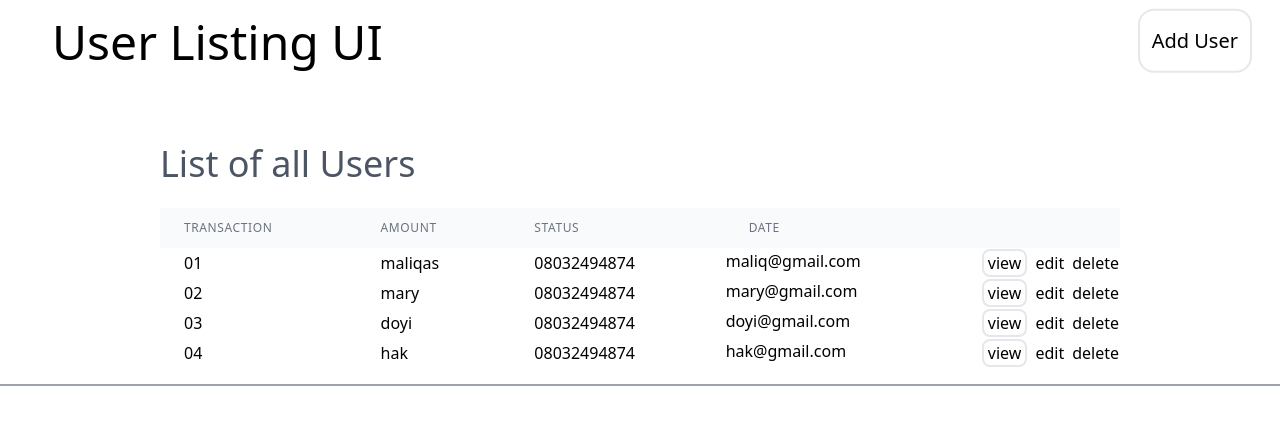
Repository: Marlstergo/listings
Page: / (app in client/)
An editor plug-in stored every save of this project. The page is shown before and after the next save, followed by the edit.
The browser window is 1280 px wide. The pictures show the whole page.
The project was rebuilt for these pictures with package versions that can differ from the ones it lists, and the page was loaded fresh each time. Also part of the build but not shown: client/craco.config.js, client/src/components/Loader.js, client/src/components/List.js, client/src/components/EditUser.js.

Above is the page before, as saved 2021-07-21 16:37:32.

### client/src/index.js
/* eslint-disable no-unused-vars */
import React from "react";
import ReactDOM from "react-dom";
import "./index.css";
import App from "./App";
import reportWebVitals from "./reportWebVitals";
import { BrowserRouter as Router } from 'react-router-dom';
import { Provider } from "react-redux";
import { store } from "./redux/store";
import { PersistGate } from "redux-persist/integration/react";
import { persistor } from "./redux/store";

ReactDOM.render(
  <React.StrictMode>
    <Provider store={store}>
      <Router>
        <PersistGate persistor={persistor}>
          <App />
        </PersistGate>
      </Router>
    </Provider>
  </React.StrictMode>,
  document.getElementById("root")
);

// If you want to start measuring performance in your app, pass a function
// to log results (for example: reportWebVitals(console.log))
// or send to an analytics endpoint. Learn more: https://bit.ly/CRA-vitals
reportWebVitals();

### client/src/App.js
import React, { useState } from "react";
import { BrowserRouter, Route, Switch, useLocation } from "react-router-dom";
import Header from "./components/Header";
import Home from "./components/Home";
import List from "./components/List";
// import Toppings from "./components/Toppings";
import Order from "./components/EditUser";
// import Modal from "./components/Modal";
import { AnimatePresence } from "framer-motion";

function App() {
  const location = useLocation();
  const showModal = true;

  return (
    <>
      <Header />
      {/* <Modal showModal={showModal} /> */}
      <AnimatePresence exitBeforeEnter>
        <BrowserRouter>
          <Switch>
            <Route exact name="home" path="/">
              <Home />
            </Route>
            {/* <Route exact path="/createUpdateUser">
            <Toppings />
          </Route> */}
            <Route path="/edit" exact name="order">
              <Order />
            </Route>
            <Route path="/view" exact name="view">
              <List/>
            </Route>
          </Switch>
        </BrowserRouter>
      </AnimatePresence>
    </>
  );
}

export default App;

### client/src/redux/store.js
import { createStore, applyMiddleware } from "redux";
import { logger } from 'redux-logger';
import {persistStore} from 'redux-persist';
// import thunk from 'redux-thunk'
import createSagaMiddleware from 'redux-saga'

import rootSaga from './root-sagas'

import rootReducer from './root-reducer';

const sagaMiddleware = createSagaMiddleware()

const middleware = [sagaMiddleware];

if( process.env.NODE_ENV === 'development'){
    middleware.push(logger)
}

export const store = createStore(rootReducer, applyMiddleware(...middleware))

sagaMiddleware.run(rootSaga)

export const persistor = persistStore(store)

export default (store, persistor);

### client/src/components/Header.js
import React from "react";
import { motion } from "framer-motion";

const svgVariants = {
  hidden: { rotate: -180 },
  visible: {
    rotate: 0,
    transition: { duration: 1 },
  },
};

const pathVariants = {
  hidden: {
    opacity: 0,
    pathLength: 0,
  },
  visible: {
    opacity: 1,
    pathLength: 1,
    transition: {
      duration: 2,
      ease: "easeInOut",
    },
  },
};

const buttonVariants = {
  show: {
    y: [0, -20],
    x: 0,
    textShadow: "0px 0px 8px rgb(255,255,255)",
    boxShadow: "0px 0px 8px rgb(255,255,255)",
    transition: {
      duration: 0.3,
      yoyo: Infinity,
      ease: 'easeOut'
    },
  },
};

const Header = () => {
  return (
    <header className="flex p-7 w-screen justify-between  items-center">
      {/* <motion.div
        className="logo"
        drag
        dragConstraints={{ left: 0, top: 0, right: 0, bottom: 0 }}
        dragElastic={0.7}
      >

      </motion.div> */}
      <motion.div
        className=" flex justify-between w-full ml-6 text-xs"
        initial={{ y: -250 }}
        animate={{ y: -10 }}
        transition={{ delay: 0.2, type: "spring", stiffness: 120 }}
      >
        <h1 className=" pb-4 text-5xl">User Listing UI</h1>
        <motion.button variants={buttonVariants} whileHover="hover"
        animate="show"
        className="text-xl border-2 px-3 rounded-2xl active:bg-gray-200"
        >
          Add User
        </motion.button>
      </motion.div>
    </header>
  );
};

export default Header;

### client/src/components/Home.js
import React from "react";
import { Link } from "react-router-dom";
import { motion } from "framer-motion";
import Loader from "./Loader";
import UserRow from "./UserRow";



const containerVariants = {
  hidden: {
    opacity: 0,
  },
  visible: {
    opacity: 1,
    transition: { delay: 1.5, duration: 1.5 },
  },
  exit: {
    x: "-100vh",
    transition: { ease: "easeInOut" },
  },
};
const buttonVariants = {
  hover: {
    scale: 1.1,
    textShadow: "0px 0px 8px rgb(255,255,255)",
    boxShadow: "0px 0px 8px rgb(255,255,255)",
    transition: {
      duration: 0.3,
      yoyo: Infinity
    }
  }
}
const users = [
  {
    id: '01',
    name: "maliqas",
    email: "maliq@gmail.com",
    phone: '08032494874'
  },
  {
    id: '02',
    name: "mary",
    email: "mary@gmail.com",
    phone: '08032494874'
  },
  {
    id: '03',
    name: "doyi",
    email: "doyi@gmail.com",
    phone: '08032494874'
  },
  {
    id: '04',
    name: "hak",
    email: "hak@gmail.com",
    phone: '08032494874'
  },
];
const Home = () => {
  return (
    <motion.div
      className="  pb-4 mb-4 border-b-2 border-gray-400 flex flex-col items-center"
      variants={containerVariants}
      initial="hidden"
      animate="visible"
      exit="exit"
    >
      <div className="w-3/4 ">
        <h1 className="text-gray-600 py-6 text-4xl">List of all Users</h1>

        <table className="min-w-full divide-y divide-gray-200">
          <thead>
            <tr>
              <th className="px-6 py-3 bg-gray-50 text-left text-xs font-medium text-gray-500 uppercase tracking-wider">
                Transaction
              </th>
              <th className="px-6 py-3 bg-gray-50 text-left text-xs font-medium text-gray-500 uppercase tracking-wider">
                Amount
              </th>
              <th className=" px-6 py-3 bg-gray-50 text-left text-xs font-medium text-gray-500 uppercase tracking-wider">
                Status
              </th>
              <th className="px-6 py-3 bg-gray-50 text-left text-xs font-medium text-gray-500 uppercase tracking-wider">
                Date
              </th>
            </tr>
            {
              users.map((user) =>(
                <UserRow name={user.name} id={user.id} email={user.email} phone={user.phone} />
              ))
            }
          </thead>
        </table>
      </div>
    </motion.div>
  );
};

export default Home;

### client/src/redux/root-sagas.js
import {all, call} from 'redux-saga/effects'
import {userSagas} from './user/user.sagas'


export default function* rootSaga(){
    yield all([
        call(userSagas),
    ])
}

### client/src/redux/root-reducer.js
import {combineReducers} from 'redux'
import userReducer from './user/user.reducer'
// import cartReducer from './cart/cart.reducer'
import {persistReducer} from 'redux-persist'
import storage from 'redux-persist/lib/storage'
// import directoryReducer from './directory/directory.reducer'
// import shopReducer from './shop/shop.reducer'

const persistConfig ={
    key: 'root',
    storage,
    whitelist: ['' ]
}
const rootReducer = combineReducers({
    user: userReducer,

})
export default persistReducer(persistConfig, rootReducer)

### client/src/components/UserRow.jsx
import React from "react";

const UserRow = ({ id, name, phone, email }) => {
  console.log(phone);
  return (
    <tr>
      <td className="px-6">{id}</td>
      <td className="px-6">{name}</td>
      <td className="px-6">{phone}</td>
      <td className=" flex justify-between ">
        <p className="">{email}</p>
        <span className=" space-x-2 flex">
          <button className="border-2 rounded-lg px-1">view</button>
          <button>edit</button>
          <button>delete</button>
        </span>
      </td>
    </tr>
  );
};

export default UserRow;

### client/src/redux/user/user.sagas.js
import { all, call, put, takeLatest } from "redux-saga/effects";

import UserActionTypes from "./user.types";
import { loadUserDetail } from "./user.action";
// import axios from "axios";
// import { getUserDetailsURL } from "../../components/stringConstants";

export function* getDetails() {
  yield console.log("i fired");

  // try {
  //   console.log("inside try");

  //   const res = yield axios.get(getUserDetailsURL);
  //   const data = yield res.data;
  //   console.log(res);
  //   yield put(loadUserDetail(data ? data.data[0] : {}));
  // } catch (err) {
  //   console.log(err.response);
  //   if (err.response && err.response.statusText === "Not Found") {
  //     // console.log("");
  //     window.location.href = "/profile/settings?newUser=0837";
  //   }
  // }
}

export function* getUserDetails() {
  yield takeLatest(UserActionTypes.GET_USER_DETAIL, getDetails);
}
// export function* loadUserDetails(){
//     yield takeLatest(UserActionTypes.LOAD_USER_DETAIL, loadDetails)
// }

export function* userSagas() {
  yield all([call(getUserDetails)]);
}

### client/src/redux/user/user.reducer.js
import UserActionTypes from "./user.types";
const INITIAL_STATE = {
  // currentUser: null,
  userDetail: {},
  demo: 'i am demo',
  location: null

};
const userReducer = (state = INITIAL_STATE, action) => {
  switch (action.type) {

    case UserActionTypes.LOAD_USER_DETAIL:
      return {
        ...state,
        userDetail: action.payload,
      };

    case UserActionTypes.COLLECT_GEOLOCATION:
      return {
        ...state,
        location: action.payload
      }
    default:
      return state;
  }
};

export default userReducer;

### client/src/redux/user/user.types.js
const UserActionTypes ={
    GOOGLE_SIGN_IN_START : 'GOOGLE_SIGN_IN_START',
    SIGN_IN_SUCCESS : 'SIGN_IN_SUCCESS',
    SIGN_IN_FAILURE : 'SIGN_IN_FAILURE',
    GET_USER_DETAIL: 'GET_USER_DETAIL',
    LOAD_USER_DETAIL: 'LOAD_USER_DETAIL',
    COLLECT_GEOLOCATION: 'COLLECT_GEOLOCATION',
    FETCH_GEOLOCATION: 'FETCH_GEOLOCATION'
}
export default UserActionTypes;

### client/src/redux/user/user.action.js
import UserActionTypes from './user.types'



// export const googleSignInStart = () => ({
//     type: UserActionTypes.GOOGLE_SIGN_IN_START
// })

// export const signInSuccess = (user) => ({
//     type: UserActionTypes.SIGN_IN_SUCCESS,
//     payload: user
// })

export const getUserDetail = () => ({
    type: UserActionTypes.GET_USER_DETAIL,

})
export const loadUserDetail = (details) => ({
    type: UserActionTypes.LOAD_USER_DETAIL,
    payload: details
})

export const fetchGeoloction = () => ({
    type: UserActionTypes.FETCH_GEOLOCATION
})
export const collectGeolocation = (location) => ({
    type: UserActionTypes.COLLECT_GEOLOCATION,
    payload: location
})
// })

### client/tailwind.config.js
// tailwind.config.js
module.exports = {
  // mode:'jit',
  purge: ["./src/**/*.{js,jsx,ts,tsx}", "./public/index.html"],
  darkMode: false, // or 'media' or 'class'
  theme: {
    extend: {},
  },
  variants: {
    extend: {
      backgroundColor: ["active"],
    },
  },
  plugins: [],
};

Loaded but not shown: client/public/index.html (common file); client/src/index.css (common file); client/src/reportWebVitals.js (common file)

After the next save:
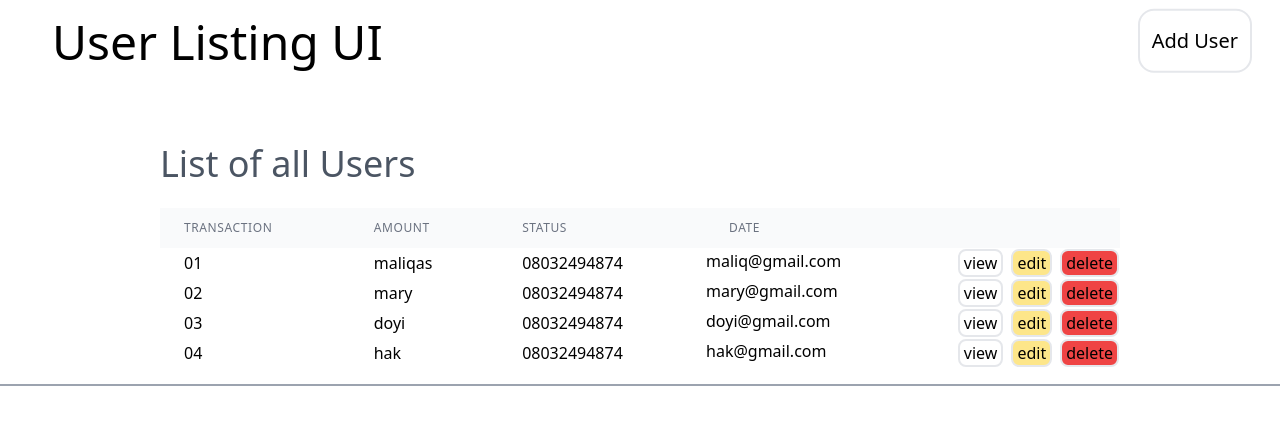
Saved 84 s later.
--- a/client/src/components/UserRow.jsx
+++ b/client/src/components/UserRow.jsx
@@ -11,8 +11,8 @@ const UserRow = ({ id, name, phone, email }) => {
         <p className="">{email}</p>
         <span className=" space-x-2 flex">
           <button className="border-2 rounded-lg px-1">view</button>
-          <button>edit</button>
-          <button>delete</button>
+          <button className="border-2 bg-yellow-200 active:bg-yellow-500  rounded-lg px-1">edit</button>
+          <button className="border-2 rounded-lg bg-red-500 active:bg-red-800 px-1">delete</button>
         </span>
       </td>
     </tr>
